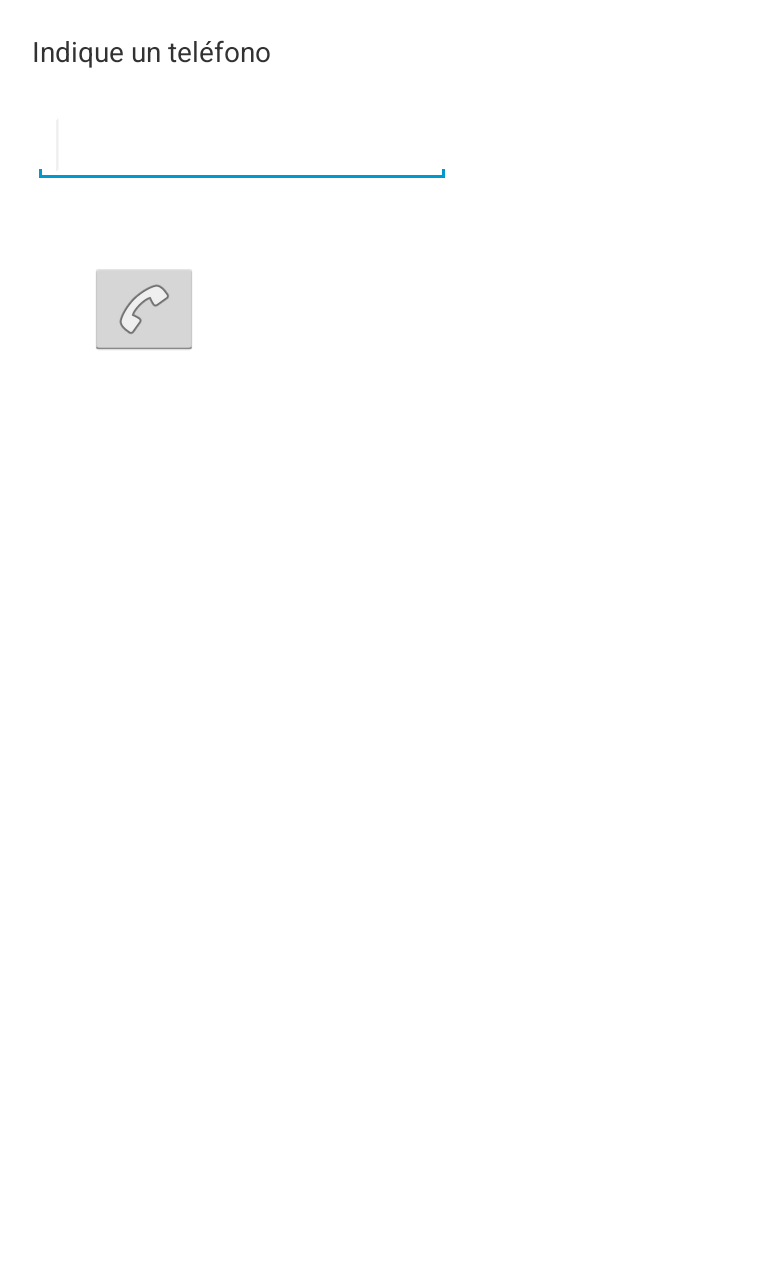
Repository: paullfull21/pmdm
Layout: RealizarLlamada/res/layout/activity_llamada.xml
An editor plug-in stored every save of this project. The layout is shown before and after the next save, followed by the edit.
It is drawn on a 768 x 1280 px phone screen (xhdpi) without system bars, with theme AppTheme; the app's code is not run.

Above is the layout before, as saved 2013-10-02 11:22:10.

After the next save:
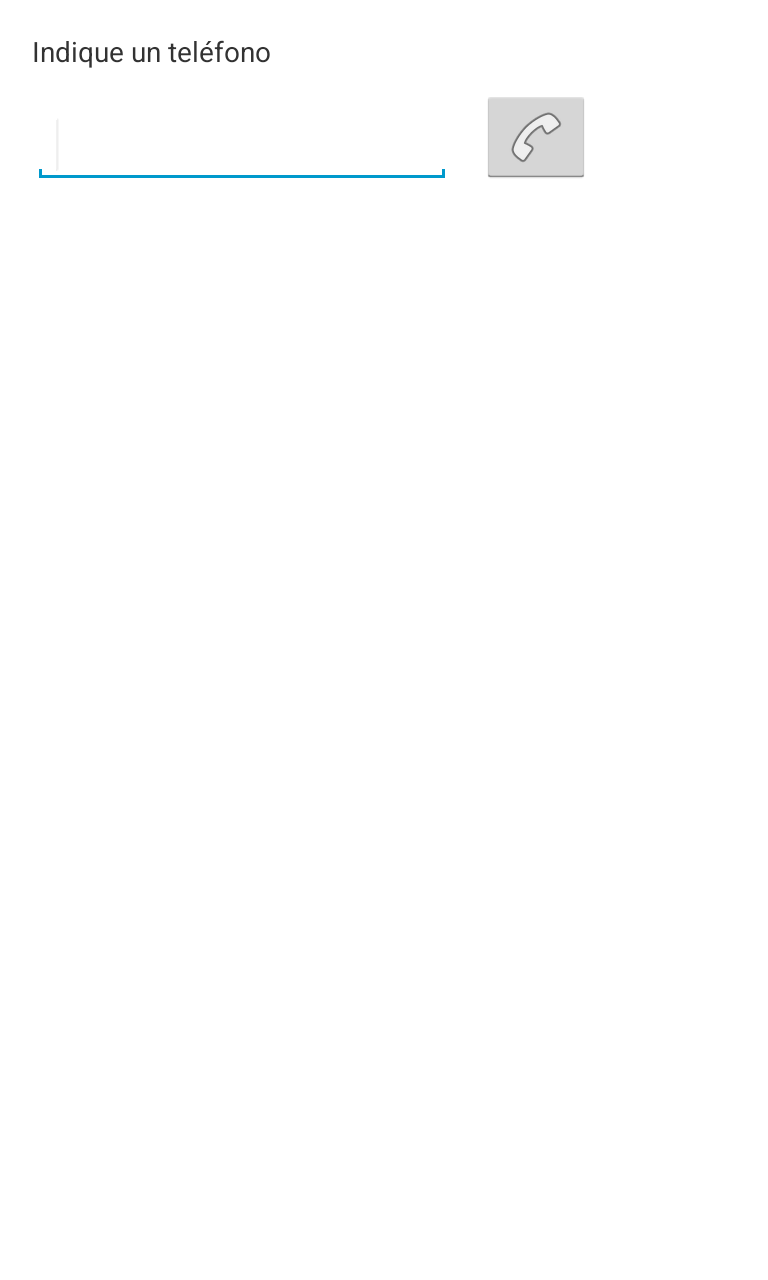
Saved 19 s later.
--- a/RealizarLlamada/res/layout/activity_llamada.xml
+++ b/RealizarLlamada/res/layout/activity_llamada.xml
@@ -31,10 +31,9 @@
         android:id="@+id/imageButton1"
         android:layout_width="wrap_content"
         android:layout_height="wrap_content"
-        android:layout_alignLeft="@+id/phoneNumber"
-        android:layout_below="@+id/phoneNumber"
-        android:layout_marginLeft="28dp"
-        android:layout_marginTop="38dp"
+        android:layout_alignBottom="@+id/phoneNumber"
+        android:layout_marginLeft="14dp"
+        android:layout_toRightOf="@+id/phoneNumber"
         android:src="@android:drawable/ic_menu_call" />
 
 </RelativeLayout>
